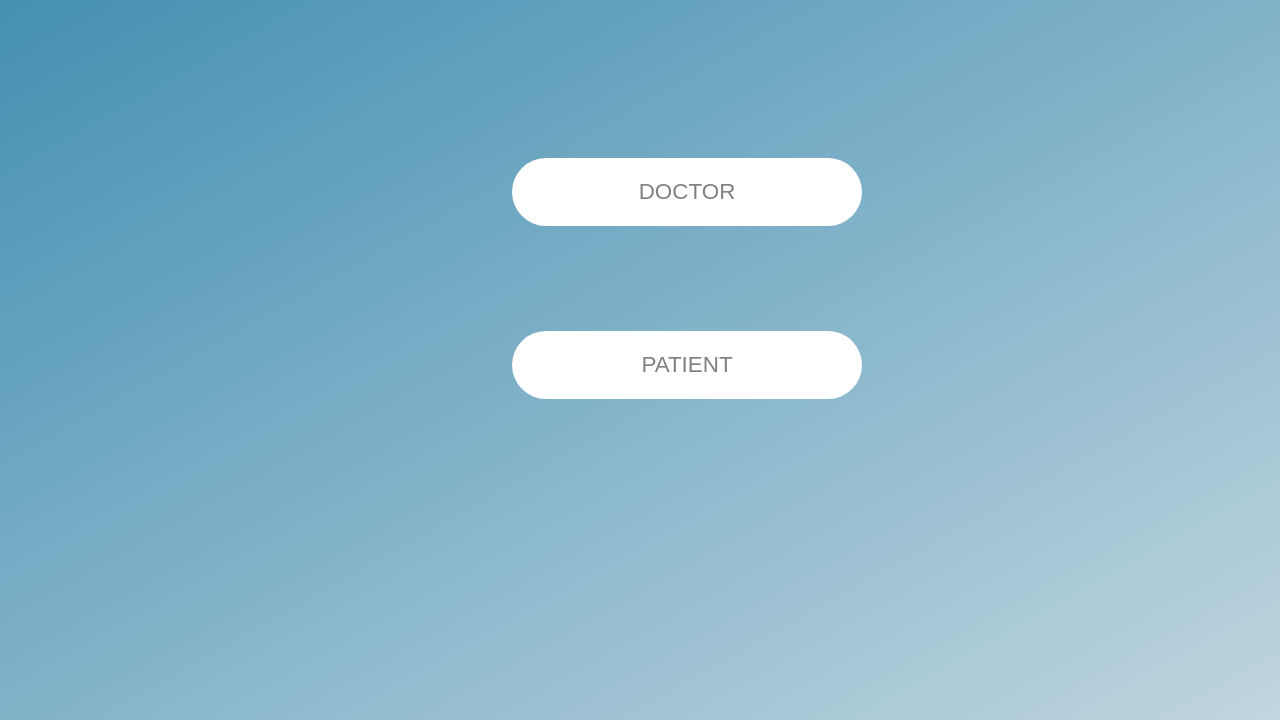
Repository: ajayaj2001/healthcare-digitization
Page: /register
An editor plug-in stored every save of this project. The page is shown before and after the next save, followed by the edit.
The browser window is 1280 px wide. The pictures show the whole page.
The project was rebuilt for these pictures with package versions that can differ from the ones it lists, and the page was loaded fresh each time. Also part of the build but not shown: src/component/login/Login.scss, src/component/login/loginForm/LoginForm.scss, src/component/login/loginForm/LoginForm.js, src/component/login/Login.js, src/component/register/Register.scss, src/component/register/registerForm/RegisterForm.scss, src/component/register/registerForm/RegisterForm.js, src/component/register/Register.js.

Above is the page before, as saved 2021-03-12 23:00:29.

### public/index.html
<!DOCTYPE html>
<html lang="en">

<head>
  <meta charset="utf-8" />
  <meta name="viewport" content="width=device-width, initial-scale=1" />
  <meta name="theme-color" content="#000000" />
  <meta name="description" content="Web site created using create-react-app" />
  <link rel="stylesheet" href="https://fonts.googleapis.com/css?family=Roboto:300,400,500,700&display=swap" />
  <link rel="stylesheet" href="https://fonts.googleapis.com/icon?family=Material+Icons" />

  <!--
      manifest.json provides metadata used when your web app is installed on a
      user's mobile device or desktop. See https://developers.google.com/web/fundamentals/web-app-manifest/
    -->
  <!-- <link rel="manifest" href="%PUBLIC_URL%/manifest.json" /> -->
  <!--
      Notice the use of %PUBLIC_URL% in the tags above.
      It will be replaced with the URL of the `public` folder during the build.
      Only files inside the `public` folder can be referenced from the HTML.

      Unlike "/favicon.ico" or "favicon.ico", "%PUBLIC_URL%/favicon.ico" will
      work correctly both with client-side routing and a non-root public URL.
      Learn how to configure a non-root public URL by running `npm run build`.
    -->
  <title>medical</title>
</head>

<body>
  <noscript>You need to enable JavaScript to run this app.</noscript>
  <div id="root"></div>
  <!--
      This HTML file is a template.
      If you open it directly in the browser, you will see an empty page.

      You can add webfonts, meta tags, or analytics to this file.
      The build step will place the bundled scripts into the <body> tag.

      To begin the development, run `npm start` or `yarn start`.
      To create a production bundle, use `npm run build` or `yarn build`.
    -->
</body>

</html>

### src/index.js
import React from 'react';
import ReactDOM from 'react-dom';
import './index.scss';
import App from './component/app/App';
import 'semantic-ui-css/semantic.min.css'


ReactDOM.render(
  // <React.StrictMode>
    <App />
  // </React.StrictMode>
  ,
  document.getElementById('root')
);

### src/index.scss
code {
  font-family: source-code-pro, Menlo, Monaco, Consolas, "Courier New", monospace;
}
@mixin respond($breakpoint) {
  @if $breakpoint == phone {
    @media (max-width: 37.5em) {
      @content;
    }
  }

  @if $breakpoint == tab-land {
    @media (max-width: 75em) {
      @content;
    }
  }
  @if $breakpoint == tab-port {
    @media (max-width: 56.25em) {
      @content;
    }
  }
  @if $breakpoint == big-desktop {
    @media (min-width: 112.5em) {
      @content;
    }
  }
}

*,
*::after,
*::before {
  margin: 0;
  padding: 0;
  box-sizing: inherit;
}
body {
  font-family: "Lato", sans-serif;
  font-weight: 400;
  font-size: 16px;
  line-height: 1.7;
  color: #777;
  //padding: 30px;
  box-sizing: border-box;
  @include respond(tab-port) {
    padding: 0;
  }
}

html {
  font-size: 62.5%; //1rem=10px 10px/16px=62.5%
  @include respond(tab-land) {
    //width <1200
    font-size: 56.25%; //1rem=9px
  }
  @include respond(tab-port) {
    //<width <900
    font-size: 50%; //1rem=8px
  }
  // @include respond(phone) {
  //     //<width<600
  //     font-size: 40%; //1rem=4.8px
  // }
  @include respond(big-desktop) {
    //>1200
    font-size: 75%; //1rem=12
  }
}

### src/component/app/App.js
import './App.scss';

import UserType from "../userType/UserType";
import Login from '../login/Login';
import Register from '../register/Register';

function App() {
  return (
    <div className="App">
      <UserType />
      {/* <Login/> */}
      {/* <Register/> */}
    </div>
  );
}

export default App;

### src/component/userType/UserType.js
import React from 'react'
import './UserType.scss'

const UserType = () => {
    return (
        <div className="userType">
<div className="userType-buttons">
            <button className="btn btn--white btn--animation" >Doctor</button>
            <button className="btn btn--white btn--animation" >Patient</button>
            </div>
        </div>
    )
}

export default UserType

### src/component/userType/UserType.scss
.userType {
    height: 100vh;
    background-image: linear-gradient(to right bottom, #4490b3, #c0d5df);
    background-size: cover;
    background-position: top;
    position: relative;
}

.btn {

    &,
    &:link,
    &:visited {
        text-decoration: none;
        padding: 1.5rem 3rem;
        text-transform: uppercase;
        display: inline-block;
        border-radius: 10rem;
        transition: all 0.2s;
        position: relative;
        font-size: 1.6rem;
        width: 25rem;
        margin-bottom: 30%;
        //for button element

        border: none;
        cursor: pointer;
    }
    &:hover {
        transform: translateY(-0.3rem);
        box-shadow: 0 1rem 2rem rgba(0, 0, 0, 0.3);
        &::after {
            transform: scalex(1.4) scaleY(1.6);
            opacity: 0;
        }
    }
    &:active,
    &:focus {
        outline: none;
        transform: translateY(-0.1rem);
        box-shadow: 0 0.5rem 1rem rgba(0, 0, 0, 0.2);
    }
    &--white {
        background-color: #fff;
        color: grey;
        &::after {
            background-color: #fff;
        }
    }
    &::after {
        content: "";
        display: inline-block;
        border-radius: 10rem;
        transition: all 0.4s;
        height: 100%;
        width: 100%;
        top: 0;
        left: 0;
        position: absolute;
        z-index: -1;
    }
    &--animation {
        animation: moveInBottom 0.5s ease-out 0.75 backwards;
    }
}

.userType-buttons{
    position: absolute;
    left: 40%;
    bottom: 30%;
    display: flex;
    flex-direction: column;
    // align-items: center;
}

Loaded but not shown: src/component/app/App.scss (no stored copy; drawn as an empty file)

After the next save:
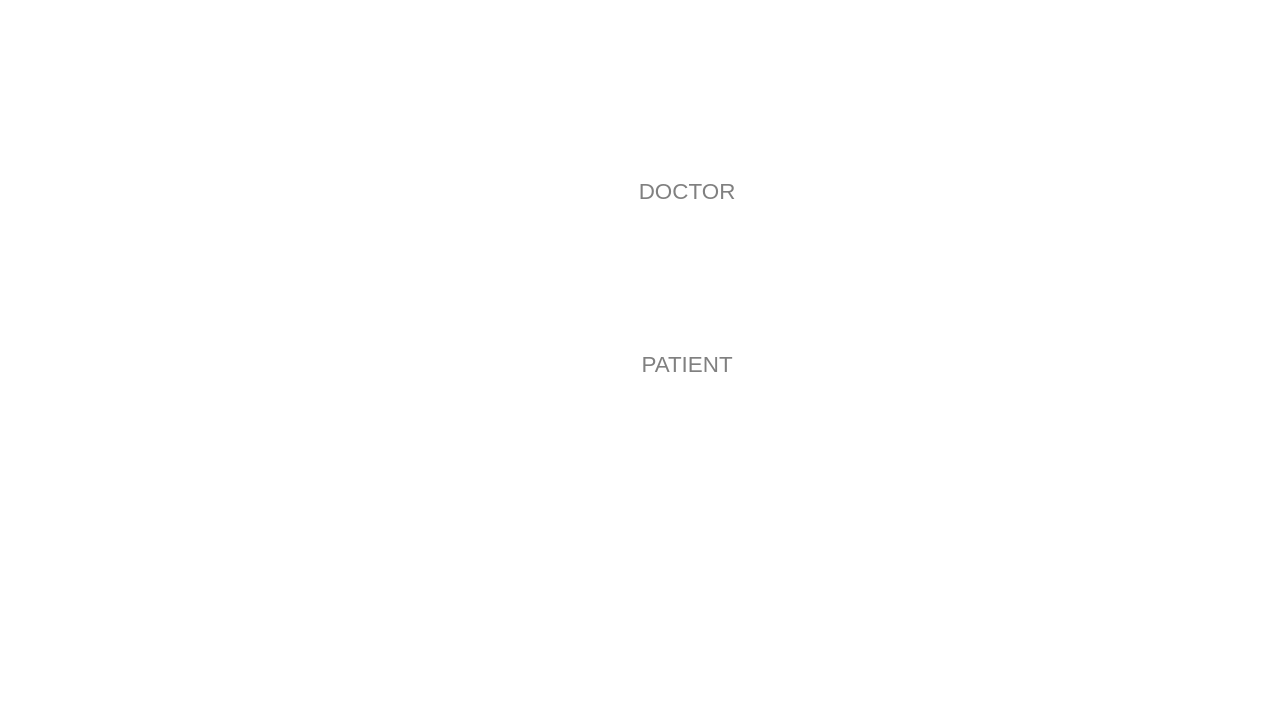
Saved 44 s later.
--- a/src/component/userType/UserType.scss
+++ b/src/component/userType/UserType.scss
@@ -1,6 +1,6 @@
 .userType {
     height: 100vh;
-    background-image: linear-gradient(to right bottom, #4490b3, #c0d5df);
+    background-image: linear-gradient(to right bottom, #4490b3, #c0d5df,url('../../img/m7.jpg'));
     background-size: cover;
     background-position: top;
     position: relative;

After the save that followed:
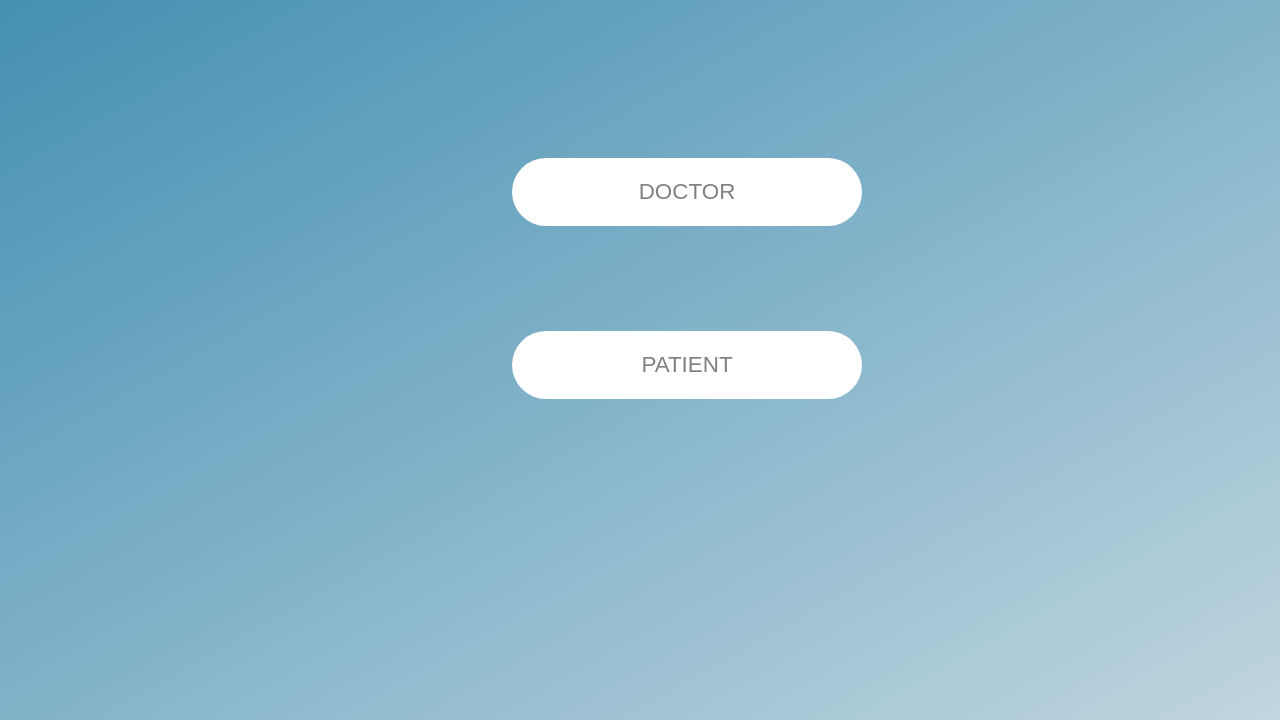
Saved 61 s later.
--- a/src/component/userType/UserType.scss
+++ b/src/component/userType/UserType.scss
@@ -1,6 +1,6 @@
 .userType {
     height: 100vh;
-    background-image: linear-gradient(to right bottom, #4490b3, #c0d5df,url('../../img/m7.jpg'));
+    background-image: linear-gradient(to right bottom, #4490b3, #c0d5df);
     background-size: cover;
     background-position: top;
     position: relative;
